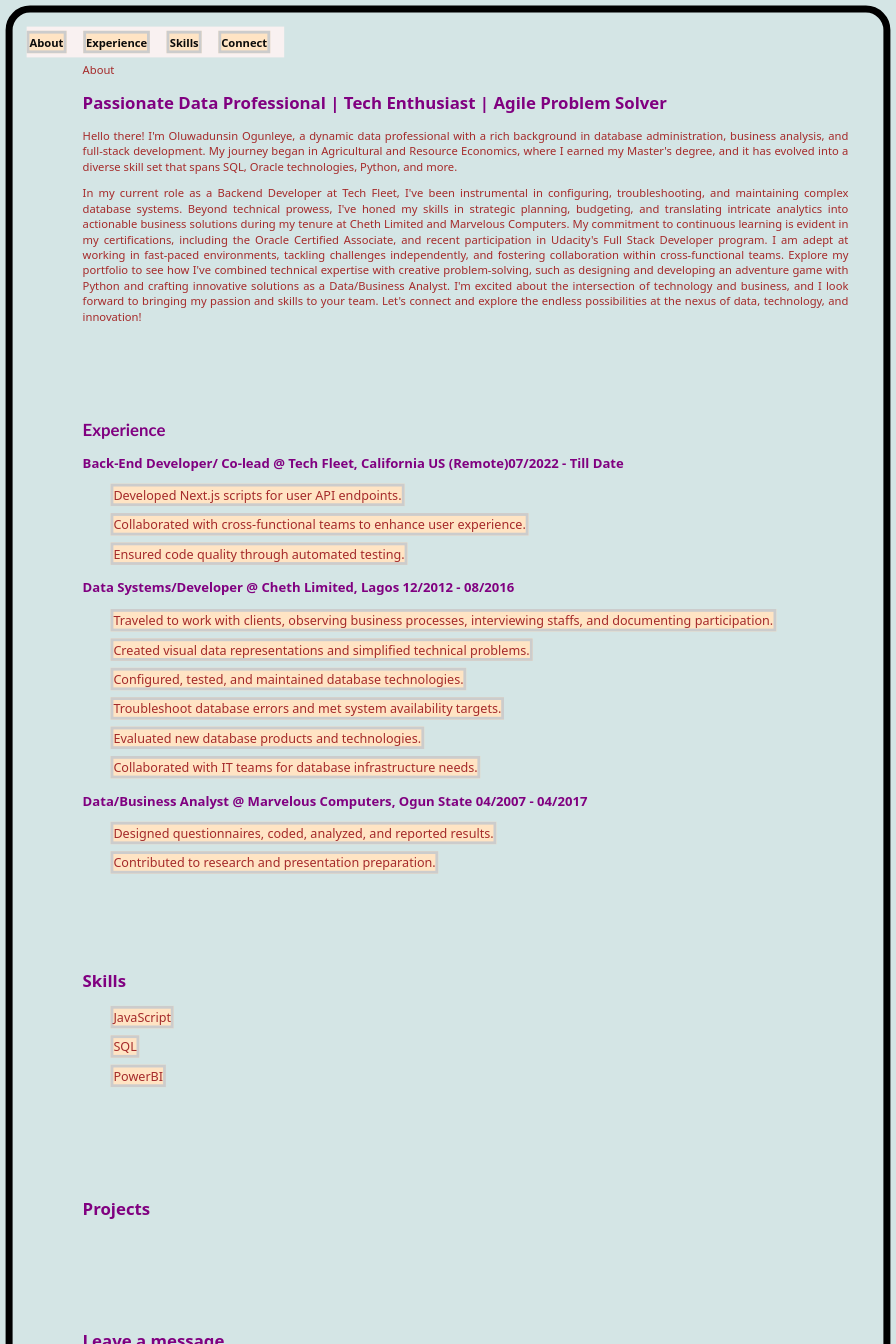
Repository: aloroduns/intro-to-programming-2023
Page: index.html
The author's editor kept a copy of each file at every save. The page is drawn from the files as they stood at one save, then again after a run of saves.
The browser window is 1280 px wide. The pictures show the part of the page from y = 0 to 1920 px (the page is 2683 px tall before and 2732 px after), at 70% of full size.
The page's requests for data from a server got no answer.

Above is the page before, as saved 2024-01-23 13:27:48.

After the next 7 saves:
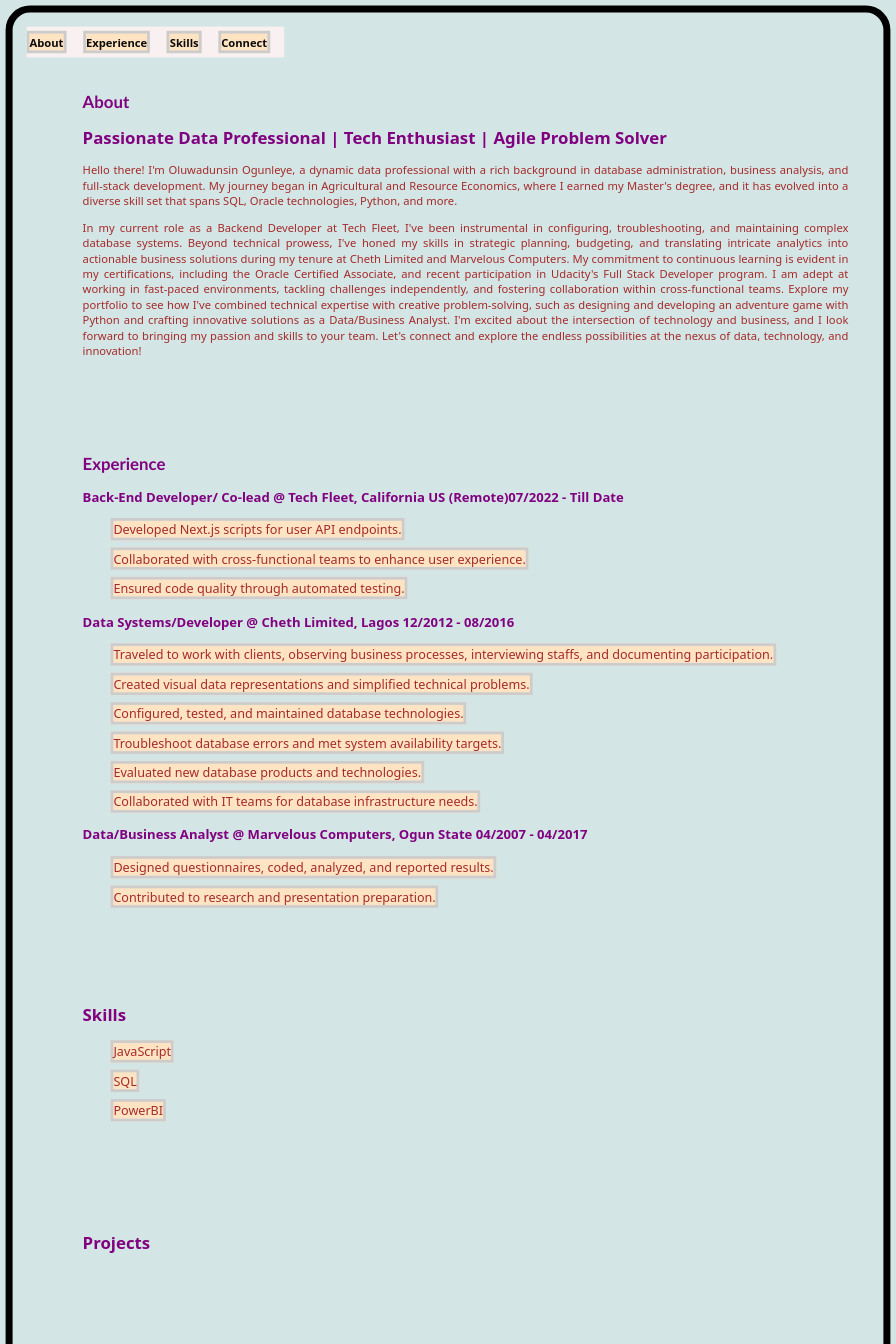
The 7 saves are shown as one change because they came seconds apart.
The last was saved 21 s later.
--- a/index.html
+++ b/index.html
@@ -21,7 +21,9 @@
             </nav>
         </header>
         <section id="about">
-        <div class="picture-frame"
+        <div class="picture-frame">
+            <img src=""
+        </div>
         <h1>About</h1>
         <p class="text">
         <h2>Passionate Data Professional | Tech Enthusiast | Agile Problem Solver</h2>
